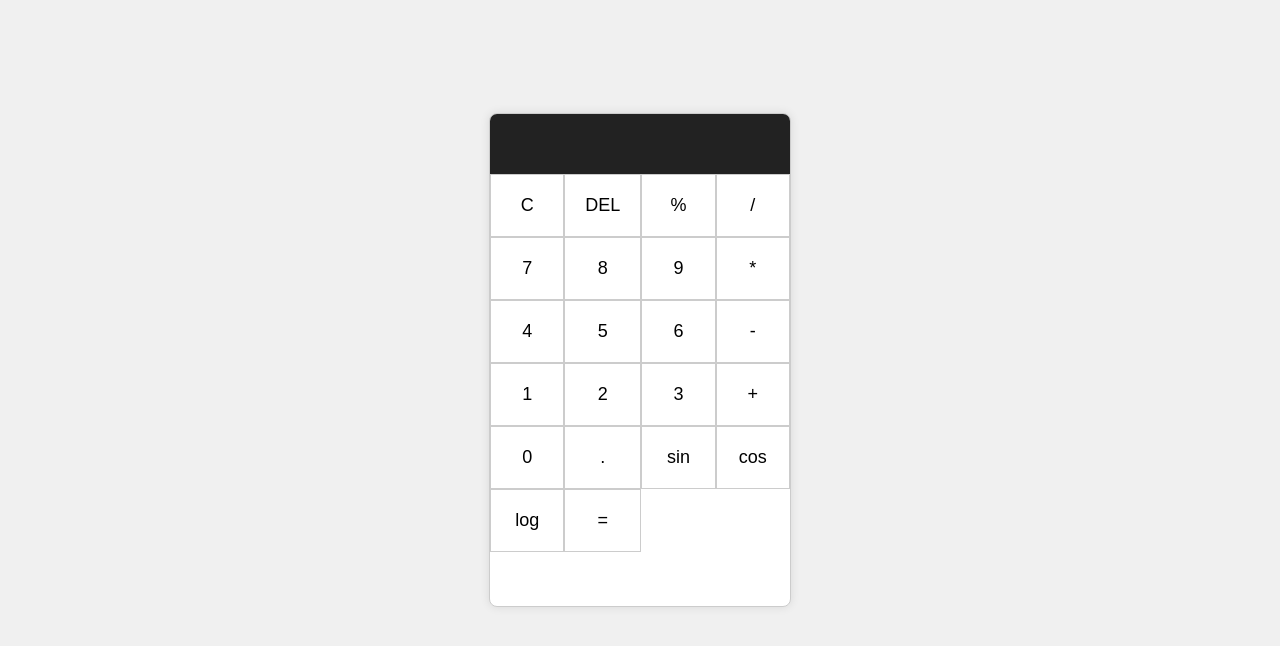
Repository: JuliusMonday/myCalculator
Page: index.html
The author's editor kept a copy of each file at every save. The page is drawn from the files as they stood at one save, then again after a run of saves.
The browser window is 1280 px wide. The pictures show the whole page.

Above is the page before, as saved 2024-05-31 09:08:55.

After the next 2 saves:
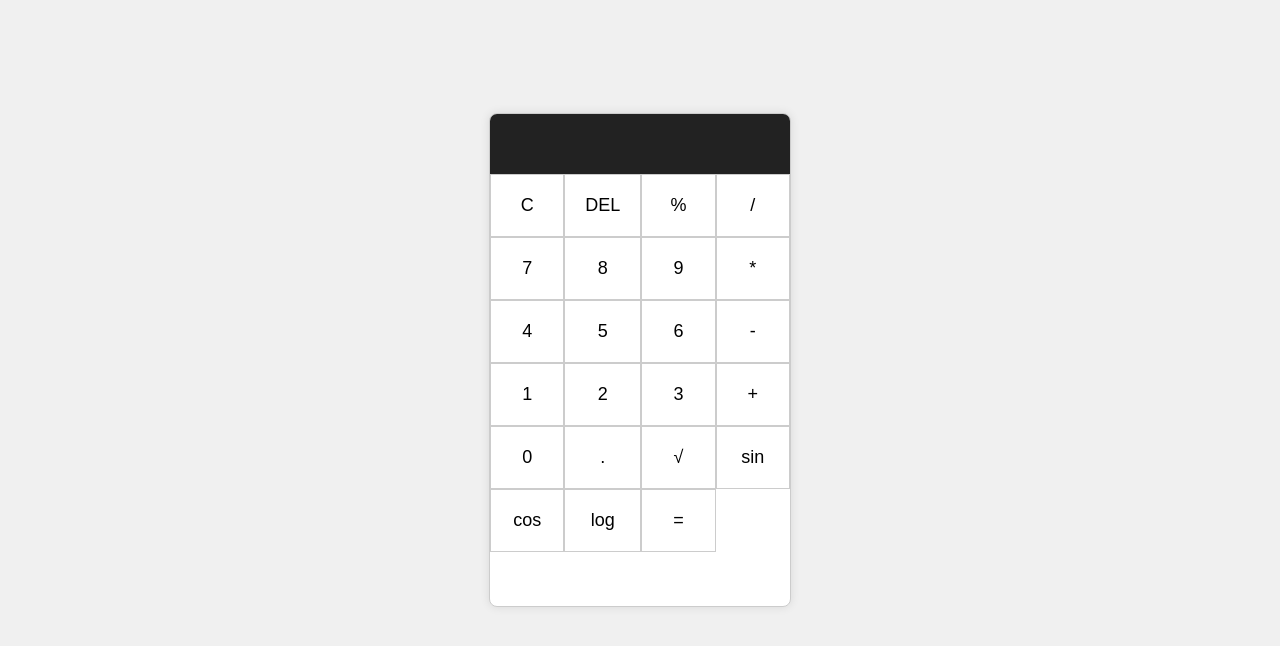
The 2 saves are shown as one change because they came seconds apart.
The last was saved 9 s later.
--- a/index.html
+++ b/index.html
@@ -34,12 +34,12 @@
 
             <button onclick="appendChar('0')">0</button>
             <button onclick="appendChar('.')">.</button>
-
+            <button onclick="appendChar('Math.sqrt(')">√</button>
 
             <button onclick="appendChar('Math.sin(')">sin</button>
             <button onclick="appendChar('Math.cos(')">cos</button>
             <button onclick="appendChar('Math.log(')">log</button>
-                        <button onclick="calculate()">=</button>
+            <button onclick="calculate()">=</button>
         </div>
         <marquee><p><b>JuliusCalc||</b> <em>Created by Julius</em></p></marquee>
     </div>
